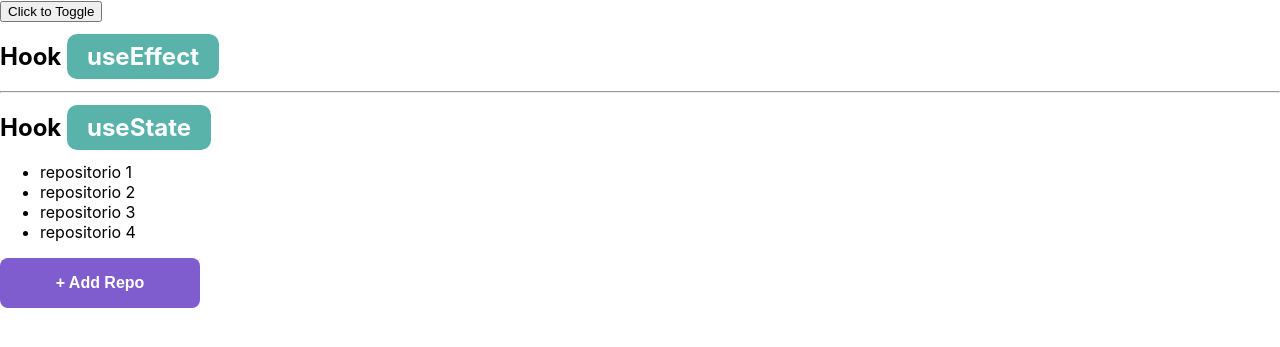
Repository: thiagolucio/react-hooks-use
Page: /
An editor plug-in stored every save of this project. The page is shown before and after the next save, followed by the edit.
The browser window is 1280 px wide. The pictures show the whole page.
The page's requests for data from a server got no answer. The project was rebuilt for these pictures with package versions that can differ from the ones it lists, and the page was loaded fresh each time. No one was signed in, and anything a server would have sent is missing.

Above is the page before, as saved 2022-03-09 07:42:18.

### src/index.css
body {
  margin: 0;
  padding: 0;
  overflow-x: hidden;
  font-family: -apple-system, BlinkMacSystemFont, 'Segoe UI', 'Roboto', 'Oxygen',
    'Ubuntu', 'Cantarell', 'Fira Sans', 'Droid Sans', 'Helvetica Neue',
    sans-serif;
  -webkit-font-smoothing: antialiased;
  -moz-osx-font-smoothing: grayscale;
}

code {
  font-family: source-code-pro, Menlo, Monaco, Consolas, 'Courier New',
    monospace;
}

.container_column_center {
  display: flex;
  flex-direction: column;
  justify-content: flex-start;
  align-items: center;
}

.container_row_center {
  display: flex;
  flex-direction: row;
  justify-content: flex-start;
}


.font18px {font-size: 18px;}
.font20px {font-size: 20px;}
.font22px {font-size: 22px;}
.font24px {font-size: 24px;}

### src/App.js
import React from "react";
import "./App.css";

import UseStateExample from "./Components/UseStateExample";
import UseEffectExample from "./Components/UseEffectExample";
import Toggle from "./Components/Toggle";

function App() {
  return (
    <>
      <Toggle/>
        <UseEffectExample />
        <hr/>
        <UseStateExample />
    </>
  );
}

export default App;

### src/Components/UseStateExample.js
import React, { useState } from "react";
import "./UseStateExample.css";

function UseStateExample() {

  const [repositories, setRepositories] = useState([
    { id: 1, name: "repositorio 1" },
    { id: 2, name: "repositorio 2" },
    { id: 3, name: "repositorio 3" },
    { id: 4, name: "repositorio 4" },
  ]);

    function handleAddRepo() {

        let numName  = repositories.length + 1;

        setRepositories([...repositories, { id: Math.random(), name: "repositorio " + numName}]);
    }

  return (
    <div className="container-list">
      <h2>Hook <span className="badge-title">useState</span></h2>
      <ul>
        {repositories.map((repo) => (
          <li key={repo.id}>{repo.name}</li>
        ))}
      </ul>
      <button className="buttonApp" onClick={handleAddRepo}>+ Add Repo</button>
    </div>
  );
}

export default UseStateExample;

### src/Components/UseEffectExample.js
import React, { useEffect, useState } from "react";
import "./UseStateExample.css";

function UseEffectExample() {
  const [repositories, setRepositories] = useState([]);

  // no lugar do componentDidMount quando o component for montado
  useEffect(() => {
    async function fetchRepo() {
      const response = await fetch("https://api.github.com/users/thiagolucio/repos");
      const data = await response.json();
      setRepositories(data);
    }

    // async function fetchDataWithChildren() {
    //   try {
    //     const response = await fetch("https://api.github.com/users/thiagolucio/repos");
    //     const data = await response.json();
    //     setRepositories(data.children.map(it => it.data));
    //   } catch (e) {
    //     console.error(e);
    //   }
    // }

    fetchRepo();
    // fetchDataWithChildren();
  }, []);
  //os colchetes acima indica que ele deve ser executado somente uma vez, quando o componente for montado porque
  // ele não tem nenhum parâmetro pra se basear para ser executado novamente

  function handleFavorite(id) {
    console.log("Handle boy");
  }

  return (
    <>
      <h2>
        Hook <span className="badge-title">useEffect</span>
      </h2>
      <ul>
        {repositories.map((repo) => (
          <li key={repo.id}>{repo.name}</li>
        ))}
      </ul>
    </>
  );
}

export default UseEffectExample;

### src/Components/Toggle.js
import { useCallback, useState } from 'react';

function Toggle() {
    const [isTextChanged, setIsTextChanged] = useToggle();

    return (
        <button className="button-toggle" onClick={setIsTextChanged}>{isTextChanged ? 'Toggled' : 'Click to Toggle'}</button>
    );
}
const useToggle = (initialState = false) => {
    const [state, setState] = useState(initialState);
    const toggle = useCallback(() => setState(state => !state), []);

    return [state, toggle]
}

export default Toggle;

### src/Components/UseStateExample.css
.buttonApp {
    width: 200px;
    height: 50px;
    font-size: 16px;
    padding: 8px 25px;
    background-color: #7f5dce;
    border: 2px solid #ffffff;
    color: #fff;
    font-weight: bold;
    border: none;
    border-radius: 8px;
}

.buttonApp:hover {
    background-color: white;
    border: 2px solid #7f5dce;
    color: #7f5dce;
    transition: all 0.2s ease-in;
    cursor: pointer;
}

.buttonApp:click {
    background-color: 45336e;
    border: 2px solid #45336e;
    color: #7f5dce;
    transition: all 0.2s ease-in;
    cursor: pointer;
}

.badge-title {
    width: 100%;
    height: 40px;
    font-size: 24px;
    padding: 8px 20px;
    background-color: #59b3ab;
    color: #fff;
    font-weight: bold;
    border: none;
    border-radius: 10px;
}

### src/App.css
.container {
    display: flex;
    align-items: center;
    justify-content: center;
}

.flex-row {
    flex-direction: row;
}
.flex-column {
    flex-direction: column;
}

Loaded but not shown: public/index.html (common file); src/index.js (common file); src/reportWebVitals.js (common file)

After the next save:
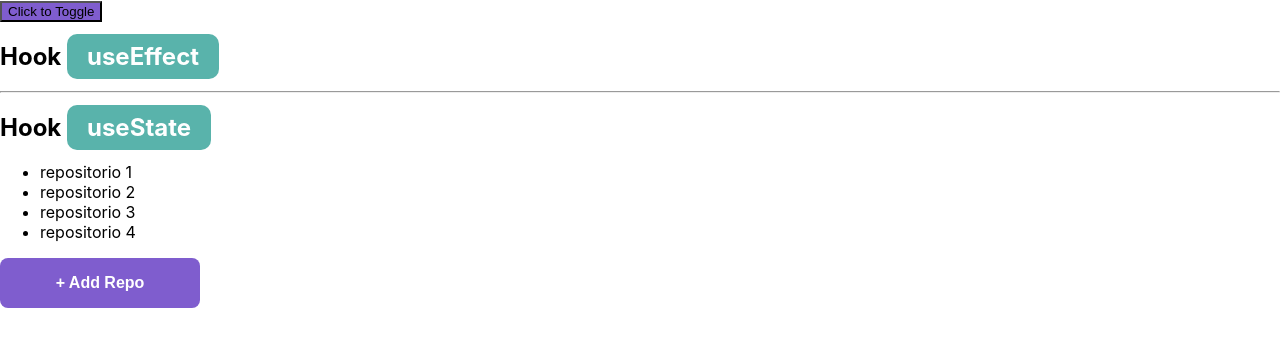
Saved 21 s later.
--- a/src/App.css
+++ b/src/App.css
@@ -10,3 +10,7 @@
 .flex-column {
     flex-direction: column;
 }
+
+.button-toggle {
+    background-color: #7f5dce;
+}
